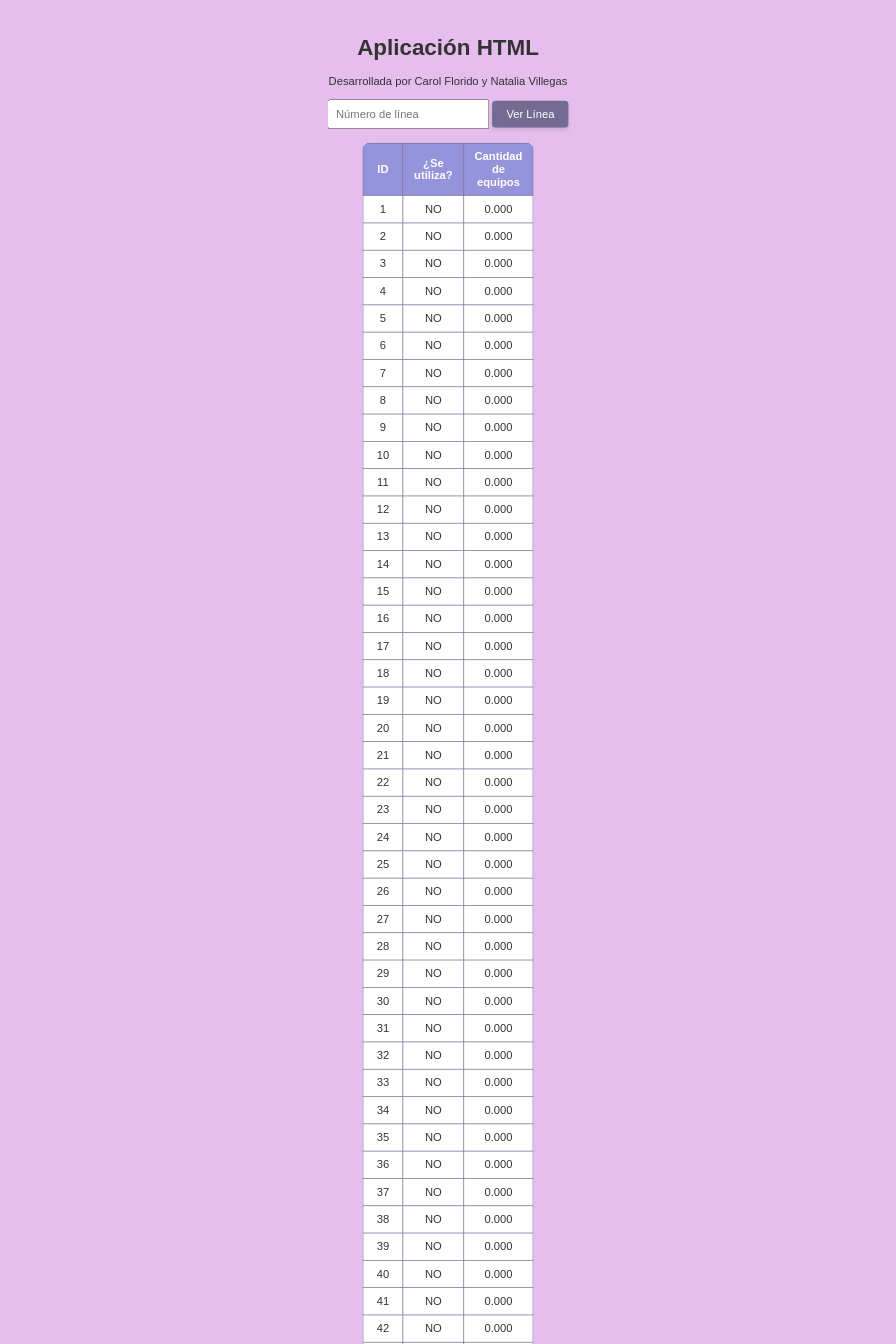
Repository: cflorido/Front_T3
Page: index.html
An editor plug-in stored every save of this project. The page is shown before and after the next save, followed by the edit.
The browser window is 1280 px wide. The pictures show the part of the page from y = 0 to 1920 px (the page is 6969 px tall), at 70% of full size.

Above is the page before, as saved 2024-10-22 22:36:45.

### index.html
<!DOCTYPE html>
<html lang="es">
<head>
    <meta charset="UTF-8">
    <meta name="viewport" content="width=device-width, initial-scale=1.0">
    <title>Aplicación Visualización de Datos</title>
    <style>
        body {
            font-family: Arial, sans-serif;
            background-color: #E5BEED;
            color: #333;
            text-align: center;
            padding: 20px;
        }
        .container {
            display: flex;
            justify-content: space-between;
        }
        button {
            padding: 10px 20px;
            font-size: 16px;
            cursor: pointer;
            background-color: #736B92;
            color: white;
            border: none;
            border-radius: 5px;
            transition: background-color 0.3s;
            box-shadow: 0 4px 6px rgba(0, 0, 0, 0.1);
        }
        button:hover {
            background-color: #7D5C65;
        }
        #tablaEquipos {
            width: 20%; /* 20% del ancho de la pantalla */
            border-collapse: collapse;
            text-align: left;
        }
        #tablaEquipos th, #tablaEquipos td {
            border: 1px solid #736B92;
            padding: 10px;
        }
        #tablaEquipos th {
            background-color: #9593D9;
            color: white;
        }
        #tablaEquipos td {
            background-color: #fff;
        }
        #contenido {
            width: 75%; /* 75% del ancho de la pantalla */
            margin-top: 20px;
            padding: 10px;
            border: 1px solid #7C90DB;
            background-color: #fff;
            border-radius: 8px;
            box-shadow: 0 2px 10px rgba(0, 0, 0, 0.2);
            display: none;
        }
        table {
            margin: 20px auto;
            border-collapse: collapse;
            width: 100%;
            border-radius: 10px;
            overflow: hidden;
        }
        th, td {
            border: 1px solid #736B92;
            padding: 10px;
            text-align: center;
            width: 14.28%;
        }
        th {
            background-color: #9593D9;
            color: white;
            font-weight: bold;
        }
        td {
            background-color: #ffffff;
            transition: background-color 0.3s;
        }
        td.utilizado {
            background-color: #7C90DB;
            color: #ffffff;
            font-weight: bold;
        }
        .footer {
            margin-top: 20px;
            font-size: 14px;
            color: #736B92;
        }
    </style>
</head>
<body>
    <h1>Aplicación HTML</h1>
    <p>Desarrollada por Carol Florido y Natalia Villegas</p>

    <input type="number" id="numeroLinea" placeholder="Número de línea" min="1" style="padding: 10px; font-size: 16px;">
    <button onclick="cargarLinea()">Ver Línea</button>

    <div class="container">
        <!-- Tabla de equipos en el lado izquierdo -->
        <table id="tablaEquipos">
            <thead>
                <tr>
                    <th>ID</th>
                    <th>¿Se utiliza?</th>
                    <th>Cantidad de equipos</th>
                </tr>
            </thead>
            <tbody></tbody>
        </table>

        <!-- Contenedor de la tabla de horarios -->
        <div id="contenido"></div>
    </div>

    <div class="footer">
        <p>&copy; 2024 Visualización de resultados tarea 3 Optimización Avanzada. Todos los derechos reservados.</p>
    </div>

    <script>
        let lineas = []; // Array para almacenar las líneas del archivo
        let equipos = []; // Array para almacenar la cantidad de equipos

        // Función para cargar el contenido de los archivos
        function cargarContenido() {
            fetch('data.txt')
                .then(response => {
                    if (!response.ok) {
                        throw new Error('Error al cargar el archivo: ' + response.statusText);
                    }
                    return response.text();
                })
                .then(data => {
                    lineas = data.split('\n');
                })
                .catch(error => {
                    console.error(error);
                    alert('No se pudo cargar el contenido.');
                });

            // Cargar el contenido del archivo de equipos
            fetch('equipos.txt')
                .then(response => {
                    if (!response.ok) {
                        throw new Error('Error al cargar el archivo de equipos: ' + response.statusText);
                    }
                    return response.text();
                })
                .then(data => {
                    equipos = data.split('\n').map(line => {
                        const [numero, cantidad] = line.split(',').map(Number);
                        return { numero, cantidad: parseFloat(cantidad).toFixed(3) }; // Redondear a 3 decimales
                    });
                    mostrarEquipos(); // Mostrar la tabla de equipos
                })
                .catch(error => {
                    console.error(error);
                    alert('No se pudo cargar el contenido de equipos.');
                });
        }

        // Función para mostrar la tabla de equipos
        function mostrarEquipos() {
            const tablaEquiposBody = document.querySelector('#tablaEquipos tbody');
            tablaEquiposBody.innerHTML = ''; // Limpiar el contenido previo

            equipos.forEach(equipo => {
                const fila = document.createElement('tr');
                const celdaId = document.createElement('td');
                const celdaUtiliza = document.createElement('td');
                const celdaCantidad = document.createElement('td');

                celdaId.textContent = equipo.numero;
                celdaUtiliza.textContent = equipo.cantidad > 0 ? 'SI' : 'NO';
                celdaCantidad.textContent = equipo.cantidad;

                fila.appendChild(celdaId);
                fila.appendChild(celdaUtiliza);
                fila.appendChild(celdaCantidad);

                tablaEquiposBody.appendChild(fila);
            });
        }

        // Función para mostrar la línea seleccionada
        function cargarLinea() {
            const numeroLinea = document.getElementById("numeroLinea").value;
            const contenidoDiv = document.getElementById("contenido");

            // Verificar si el número de línea es válido
            if (numeroLinea > 0 && numeroLinea <= lineas.length) {
                const horario = JSON.parse("[" + lineas[numeroLinea - 1] + "]"); // Parsear la línea como JSON con corchetes
                const equipoSeleccionado = equipos.find(e => e.numero === parseInt(numeroLinea));

                // Mostrar la cantidad de equipos arriba del horario
                contenidoDiv.innerHTML = `<h3>Cantidad de equipos: ${equipoSeleccionado ? equipoSeleccionado.cantidad : 'No disponible'}</h3>`;

                mostrarHorario(horario); // Mostrar el horario en forma de tabla
                contenidoDiv.style.display = 'block'; // Muestra el div
            } else {
                alert('Número de línea no válido. Intenta de nuevo.');
            }
        }

        // Función para mostrar el horario en una tabla
        function mostrarHorario(horario) {
            const contenidoDiv = document.getElementById("contenido");

            // Crear la tabla
            const tabla = document.createElement('table');
            const thead = document.createElement('thead');
            const tbody = document.createElement('tbody');

            // Crear encabezado de la tabla
            const encabezado = document.createElement('tr');
            const dias = ['Franja Horaria', 'Lunes', 'Martes', 'Miércoles', 'Jueves', 'Viernes', 'Sábado', 'Domingo'];
            dias.forEach(dia => {
                const th = document.createElement('th');
                th.textContent = dia;
                encabezado.appendChild(th);
            });
            thead.appendChild(encabezado);
            tabla.appendChild(thead);

            // Crear filas de horarios
            for (let i = 0; i < 12; i++) {
                const fila = document.createElement('tr');

                const horaInicio = (i * 2) % 24;
                const horaFin = (horaInicio + 2) % 24;
                const franjaHoraria = `${horaInicio < 10 ? '0' : ''}${horaInicio}:00 - ${horaFin < 10 ? '0' : ''}${horaFin}:00`;

                const celdaFranja = document.createElement('td');
                celdaFranja.textContent = franjaHoraria;
                fila.appendChild(celdaFranja);

                for (let j = 0; j < 7; j++) {
                    const celda = document.createElement('td');
                    celda.textContent = horario[i * 7 + j];
                    if (horario[i * 7 + j] === 1) {
                        celda.classList.add('utilizado'); // Agregar clase si se usa
                    }
                    fila.appendChild(celda);
                }
                tbody.appendChild(fila);
            }

            tabla.appendChild(tbody);
            contenidoDiv.appendChild(tabla);
        }

        // Cargar el contenido de los archivos al iniciar la página
        window.onload = cargarContenido;
    </script>
</body>
</html>

After the next save:
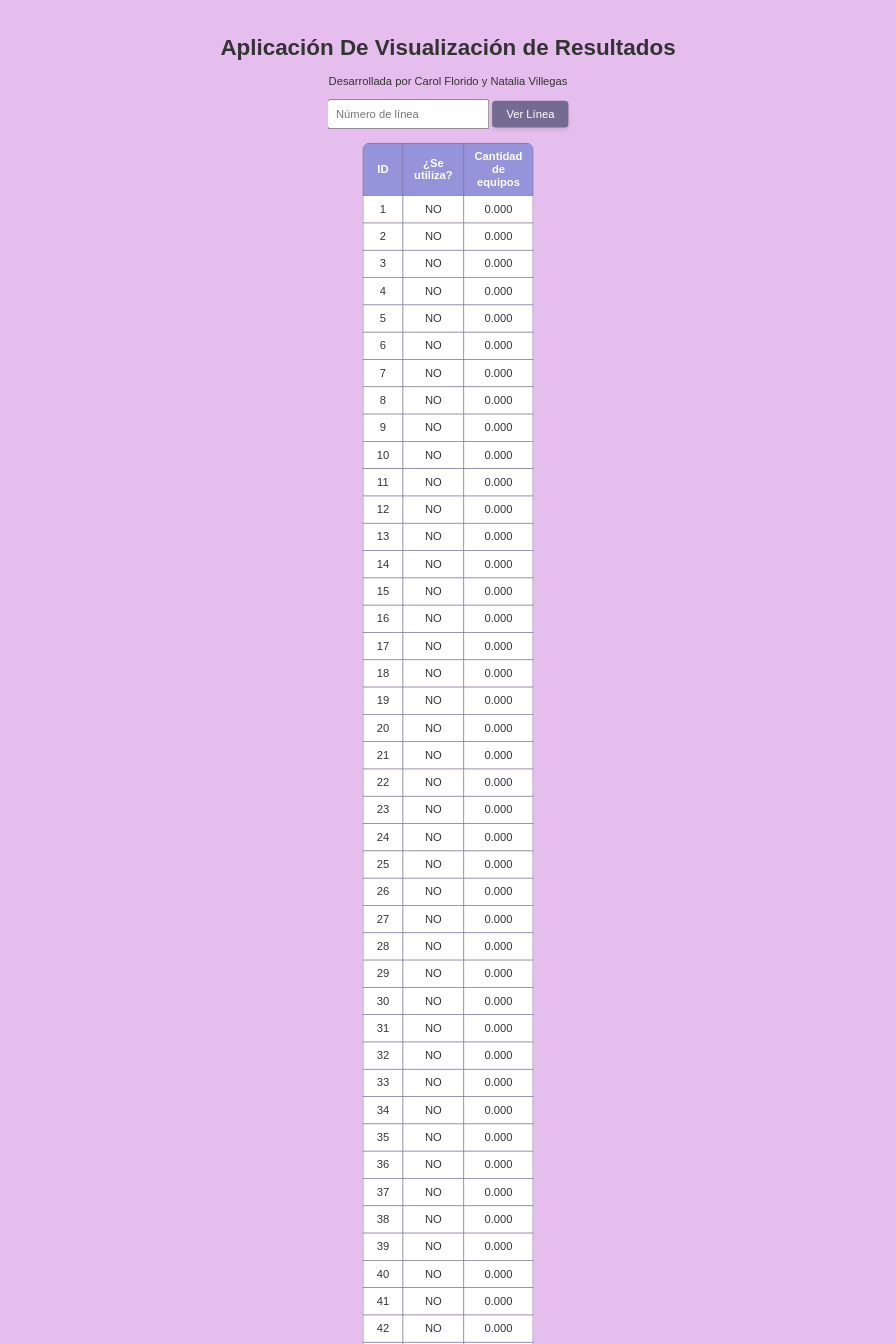
Saved 54 s later.
--- a/index.html
+++ b/index.html
@@ -91,7 +91,7 @@
     </style>
 </head>
 <body>
-    <h1>Aplicación HTML</h1>
+    <h1>Aplicación De Visualización de Resultados</h1>
     <p>Desarrollada por Carol Florido y Natalia Villegas</p>
 
     <input type="number" id="numeroLinea" placeholder="Número de línea" min="1" style="padding: 10px; font-size: 16px;">
